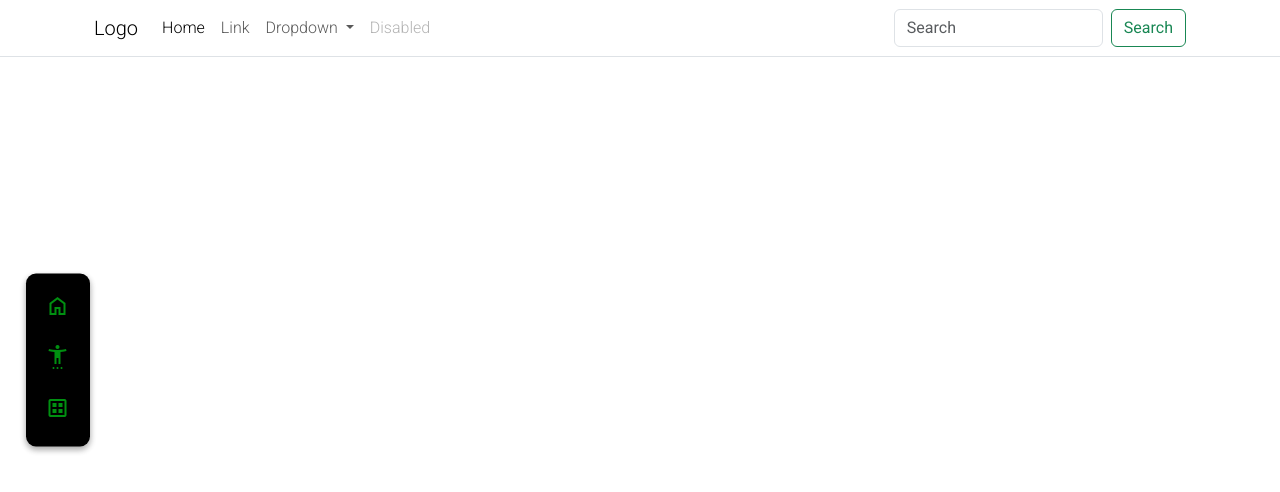
Repository: tuankiet10920/homeworkFEF
Page: /about
The author's editor kept a copy of each file at every save. The page is drawn from the files as they stood at one save, then again after the next save.
The browser window is 1280 px wide. The pictures show the whole page.
The project was rebuilt for these pictures with package versions that can differ from the ones it lists, and the page was loaded fresh each time. Also part of the build but not shown: vite.config.js, src/views/HomeView.vue. Imported but missing from the stored project, and not drawn on this page: src/assets/audio/intro.mp3.

Above is the page before, as saved 2024-11-10 23:12:24.

### index.html
<!doctype html>
<html lang="en">
  <head>
    <meta charset="UTF-8" />
    <link rel="icon" href="/favicon.ico" />
    <meta name="viewport" content="width=device-width, initial-scale=1.0" />
    <link
      href="https://cdn.jsdelivr.net/npm/bootstrap@5.3.3/dist/css/bootstrap.min.css"
      rel="stylesheet"
      integrity="sha384-QWTKZyjpPEjISv5WaRU9OFeRpok6YctnYmDr5pNlyT2bRjXh0JMhjY6hW+ALEwIH"
      crossorigin="anonymous"
    />
    <link
      rel="stylesheet"
      href="https://fonts.googleapis.com/css2?family=Material+Symbols+Outlined:opsz,wght,FILL,GRAD@20..48,100..700,0..1,-50..200"
    />
    <link rel="preconnect" href="https://fonts.googleapis.com" />
    <link rel="preconnect" href="https://fonts.gstatic.com" crossorigin />
    <link
      href="https://fonts.googleapis.com/css2?family=Roboto:ital,wght@0,100;0,300;0,400;0,500;0,700;0,900;1,100;1,300;1,400;1,500;1,700;1,900&display=swap"
      rel="stylesheet"
    />
    <title>Vite App</title>
    <link rel="stylesheet" href="./src/assets/css/main.css" />
  </head>
  <body>
    <div id="app"></div>
    <script
      src="https://cdn.jsdelivr.net/npm/bootstrap@5.3.3/dist/js/bootstrap.bundle.min.js"
      integrity="sha384-YvpcrYf0tY3lHB60NNkmXc5s9fDVZLESaAA55NDzOxhy9GkcIdslK1eN7N6jIeHz"
      crossorigin="anonymous"
    ></script>
    <script type="module" src="/src/main.js"></script>
  </body>
</html>

### src/assets/css/main.css
* {
  margin: 0;
  padding: 0;
  box-sizing: border-box;
  text-decoration: none;
  color: #000;
  font-size: 16px;
  font-family: 'Roboto', sans-serif;
  font-weight: 300;
  font-style: normal;
}

### src/App.vue
<script setup>
import { RouterLink, RouterView } from 'vue-router'
import GetSrcImage from './assets/help/getSrcImage.js'
import Icon from './components/Icon.vue'
</script>

<template>
  <header>
    <div class="wrapper">
      <nav>
        <RouterLink to="/">
          <Icon iconName="home" />
        </RouterLink>

        <RouterLink to="/about">
          <Icon iconName="settings_accessibility" />
        </RouterLink>

        <RouterLink to="/labs">
          <Icon iconName="dataset" />
        </RouterLink>
      </nav>
    </div>
  </header>
  <RouterView />
</template>

<style scoped>
.wrapper nav a {
  margin-bottom: 20px;
  width: fit-content;
  text-decoration: none;
}
.wrapper nav a span {
  color: #009011;
}
.wrapper nav a:last-child {
  margin-bottom: 0;
}
nav {
  display: flex;
  flex-direction: column;
  justify-content: center;
  position: absolute;
  top: 50%;
  left: 2%;
  transform: translateY(-50%);
  padding: 20px;
  border-radius: 10px;
  background: #000;
  box-shadow:
    rgba(0, 0, 0, 0.16) 0px 3px 6px,
    rgba(0, 0, 0, 0.23) 0px 3px 6px;
}
</style>

### src/router/index.js
import { createRouter, createWebHistory } from 'vue-router'
import HomeView from '../views/HomeView.vue'

const router = createRouter({
  history: createWebHistory(import.meta.env.BASE_URL),
  routes: [
    {
      path: '/',
      name: 'home',
      component: HomeView,
    },
    {
      path: '/about',
      name: 'about',
      // route level code-splitting
      // this generates a separate chunk (About.[hash].js) for this route
      // which is lazy-loaded when the route is visited.
      component: () => import('../views/AboutView.vue'),
    },
    {
      path: '/labs',
      name: 'labs',
      component: () => import('../views/LabView.vue'),
    }
  ],
})

export default router

### src/assets/help/getSrcImage.js
const getSrcImage = (image) => {
    let __path = 'http://localhost:5173/src/assets/img/'
    return __path + image
}
export default getSrcImage

### src/components/Icon.vue
<script setup>
const props = defineProps(['iconName'])
</script>
<template>
  <span class="material-symbols-outlined"> {{ props.iconName }} </span>
</template>
<style scoped></style>

### src/views/AboutView.vue
<script setup>
import Bai5 from '../Labs/Lab1/Bai5.vue'
</script>
<template>
  <Bai5 />
</template>

<style></style>

### src/Labs/Lab1/Bai5.vue
<script setup></script>
<template>
  <header class="border-bottom">
    <div class="container">
      <nav class="navbar navbar-expand-lg">
        <div class="container-fluid">
          <a class="navbar-brand" href="#">Logo</a>
          <button
            class="navbar-toggler"
            type="button"
            data-bs-toggle="collapse"
            data-bs-target="#navbarSupportedContent"
            aria-controls="navbarSupportedContent"
            aria-expanded="false"
            aria-label="Toggle navigation"
          >
            <span class="navbar-toggler-icon"></span>
          </button>
          <div class="collapse navbar-collapse" id="navbarSupportedContent">
            <ul class="navbar-nav me-auto mb-2 mb-lg-0">
              <li class="nav-item">
                <a class="nav-link active" aria-current="page" href="#">Home</a>
              </li>
              <li class="nav-item">
                <a class="nav-link" href="#">Link</a>
              </li>
              <li class="nav-item dropdown">
                <a
                  class="nav-link dropdown-toggle"
                  href="#"
                  role="button"
                  data-bs-toggle="dropdown"
                  aria-expanded="false"
                >
                  Dropdown
                </a>
                <ul class="dropdown-menu">
                  <li><a class="dropdown-item" href="#">Action</a></li>
                  <li><a class="dropdown-item" href="#">Another action</a></li>
                  <li><hr class="dropdown-divider" /></li>
                  <li>
                    <a class="dropdown-item" href="#">Something else here</a>
                  </li>
                </ul>
              </li>
              <li class="nav-item">
                <a class="nav-link disabled" aria-disabled="true">Disabled</a>
              </li>
            </ul>
            <form class="d-flex" role="search">
              <input
                class="form-control me-2"
                type="search"
                placeholder="Search"
                aria-label="Search"
              />
              <button class="btn btn-outline-success" type="submit">
                Search
              </button>
            </form>
          </div>
        </div>
      </nav>
    </div>
  </header>
</template>
<style scoped></style>

Loaded but not shown: src/main.js (common file)

After the next save:
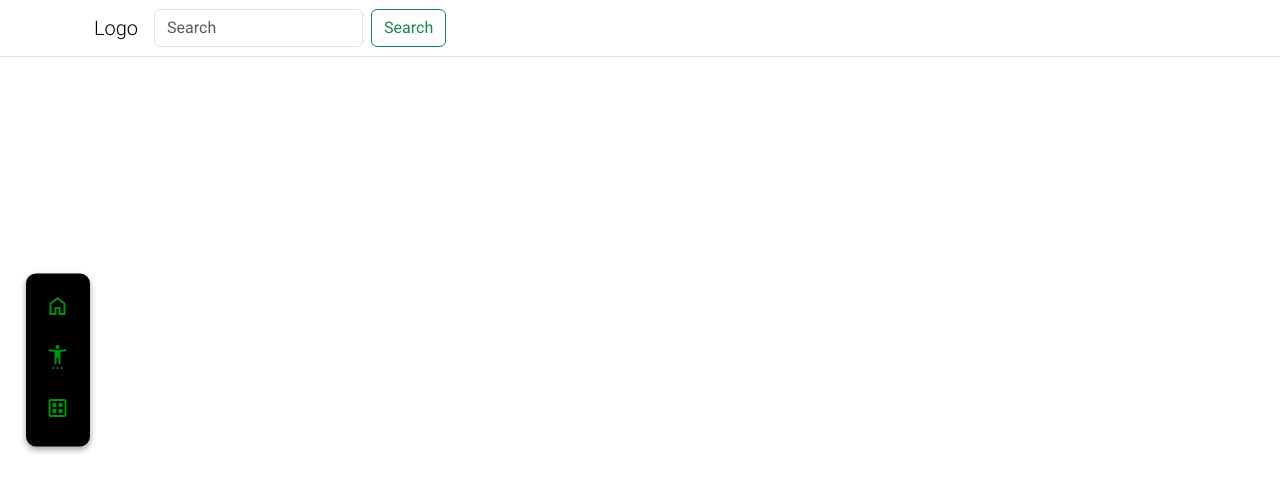
Saved 2 min 5 s later.
--- a/src/Labs/Lab1/Bai5.vue
+++ b/src/Labs/Lab1/Bai5.vue
@@ -17,36 +17,6 @@
             <span class="navbar-toggler-icon"></span>
           </button>
           <div class="collapse navbar-collapse" id="navbarSupportedContent">
-            <ul class="navbar-nav me-auto mb-2 mb-lg-0">
-              <li class="nav-item">
-                <a class="nav-link active" aria-current="page" href="#">Home</a>
-              </li>
-              <li class="nav-item">
-                <a class="nav-link" href="#">Link</a>
-              </li>
-              <li class="nav-item dropdown">
-                <a
-                  class="nav-link dropdown-toggle"
-                  href="#"
-                  role="button"
-                  data-bs-toggle="dropdown"
-                  aria-expanded="false"
-                >
-                  Dropdown
-                </a>
-                <ul class="dropdown-menu">
-                  <li><a class="dropdown-item" href="#">Action</a></li>
-                  <li><a class="dropdown-item" href="#">Another action</a></li>
-                  <li><hr class="dropdown-divider" /></li>
-                  <li>
-                    <a class="dropdown-item" href="#">Something else here</a>
-                  </li>
-                </ul>
-              </li>
-              <li class="nav-item">
-                <a class="nav-link disabled" aria-disabled="true">Disabled</a>
-              </li>
-            </ul>
             <form class="d-flex" role="search">
               <input
                 class="form-control me-2"

After the save that followed:
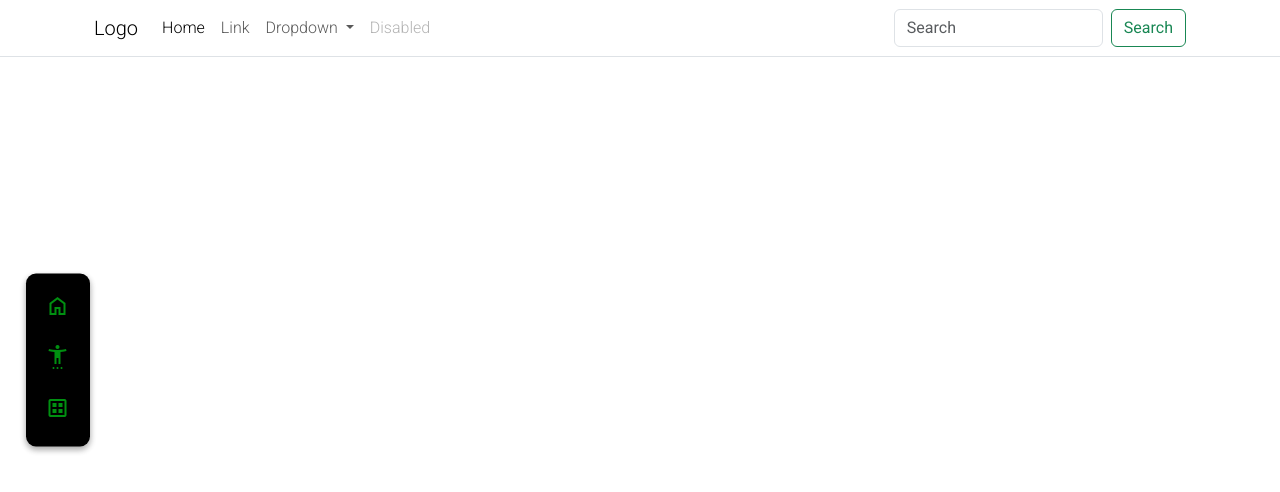
Saved 7 s later.
--- a/src/Labs/Lab1/Bai5.vue
+++ b/src/Labs/Lab1/Bai5.vue
@@ -17,6 +17,36 @@
             <span class="navbar-toggler-icon"></span>
           </button>
           <div class="collapse navbar-collapse" id="navbarSupportedContent">
+            <ul class="navbar-nav me-auto mb-2 mb-lg-0">
+              <li class="nav-item">
+                <a class="nav-link active" aria-current="page" href="#">Home</a>
+              </li>
+              <li class="nav-item">
+                <a class="nav-link" href="#">Link</a>
+              </li>
+              <li class="nav-item dropdown">
+                <a
+                  class="nav-link dropdown-toggle"
+                  href="#"
+                  role="button"
+                  data-bs-toggle="dropdown"
+                  aria-expanded="false"
+                >
+                  Dropdown
+                </a>
+                <ul class="dropdown-menu">
+                  <li><a class="dropdown-item" href="#">Action</a></li>
+                  <li><a class="dropdown-item" href="#">Another action</a></li>
+                  <li><hr class="dropdown-divider" /></li>
+                  <li>
+                    <a class="dropdown-item" href="#">Something else here</a>
+                  </li>
+                </ul>
+              </li>
+              <li class="nav-item">
+                <a class="nav-link disabled" aria-disabled="true">Disabled</a>
+              </li>
+            </ul>
             <form class="d-flex" role="search">
               <input
                 class="form-control me-2"
